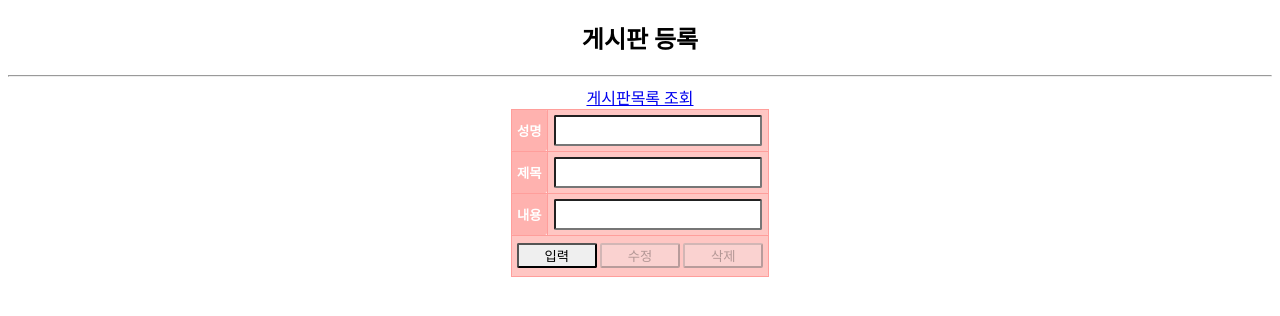
Repository: kwackchaelim/smyproject
Page: http://localhost/smyboarddemo/boarddemo/smyboard_control.jsp?action=add
An editor plug-in stored every save of this project. The page is shown before and after the next save, followed by the edit.
The browser window is 1280 px wide. The pictures show the whole page.
The page is served by Tomcat 9.

Above is the page before, as saved 2019-10-16 20:16:07.

After the next save:
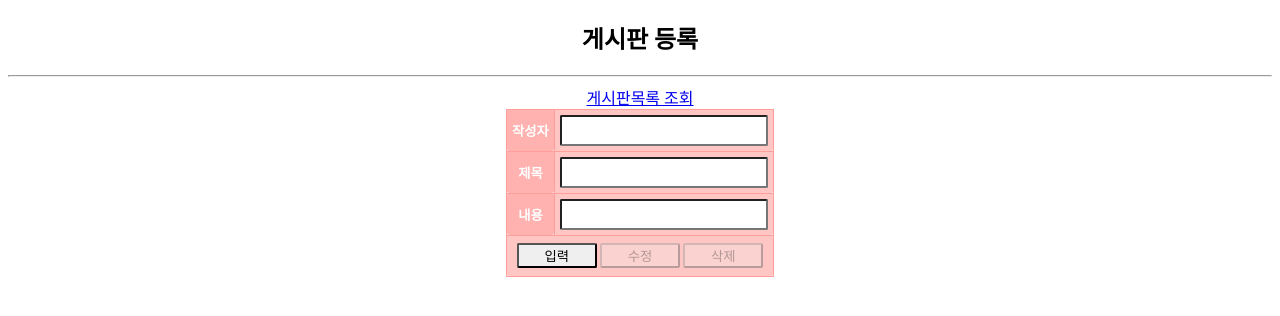
Saved 43 s later.
--- a/board/smyboarddemo/WebContent/boarddemo/smyboard_view.jsp
+++ b/board/smyboarddemo/WebContent/boarddemo/smyboard_view.jsp
@@ -131,7 +131,7 @@
 
 		<table>
 			<tr>
-				<th>성명</th>
+				<th>작성자</th>
 				<td><input type=text size=20 name=userName value="<%= smyboardDTO.getUserName() %>"></td>
 			</tr>
 			<tr>
